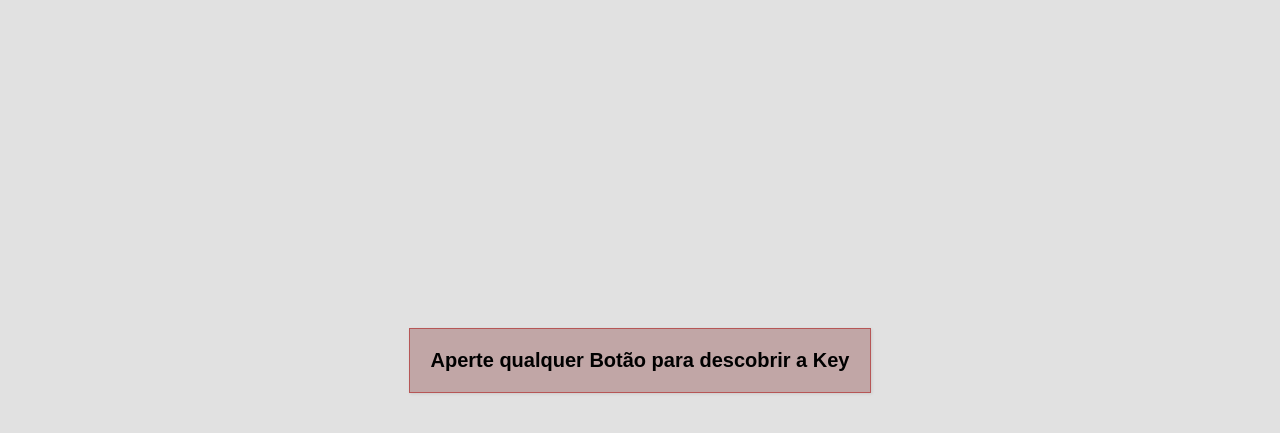
Repository: Williamlmachado/KeyCode
Page: index.html
The author's editor kept a copy of each file at every save. The page is drawn from the files as they stood at one save, then again after the next save.
The browser window is 1280 px wide. The pictures show the whole page.
Some web fonts or font styles are not loaded; a fallback is used.

Above is the page before, as saved 2021-08-21 13:59:45.

### index.html
<!DOCTYPE html>
<html lang="en">
  <head>
    <meta charset="UTF-8" />
    <meta name="viewport" content="width=device-width, initial-scale=1.0" />
    <link rel="stylesheet" href="style.css" />
    <title>Event KeyCodes</title>
  </head>
  <body>
    <div id="insert">
      <div class="key">
        Aperte qualquer Botão para descobrir a Key
      </div>
    </div>
    <script src="script.js"></script>
  </body>
</html>

### style.css
@import url('https://fonts.googleapis.com/css?family=Muli&display=swap');

* {
  box-sizing: border-box;
}

body {
  background-color: #e1e1e1;
  font-family: 'Muli', sans-serif;
  display: flex;
  align-items: center;
  justify-content: center;
  text-align: center;
  height: 100vh;
  overflow: hidden;
  margin: 0;
}

.key {
  border: 1px solid rgba(177, 49, 49, 0.678);
  background-color: rgba(121, 35, 35, 0.315);
  box-shadow: 1px 1px 3px rgba(0, 0, 0, 0.1);
  display: inline-flex;
  align-items: center;
  font-size: 20px;
  font-weight: bold;
  padding: 20px;
  flex-direction: column;
  margin: 10px;
  min-width: 150px;
  position: relative;
}

.key small {
  position: absolute;
  top: -24px;
  left: 0;
  text-align: center;
  width: 100%;
  color: #555;
  font-size: 14px;
}

@media(max-width:768px){
 .key{
   margin: 10px 0px;
  }
}

### script.js
const insert = document.getElementById('insert')

window.addEventListener('keydown', (event) => {
  insert.innerHTML = `
  <div class="key">
  ${event.key === ' ' ? 'Space' : event.key}
  <small>event.key</small>
</div>
<div class="key">
  ${event.code}
  <small>event.code</small>
</div>
  `
})

After the next save:
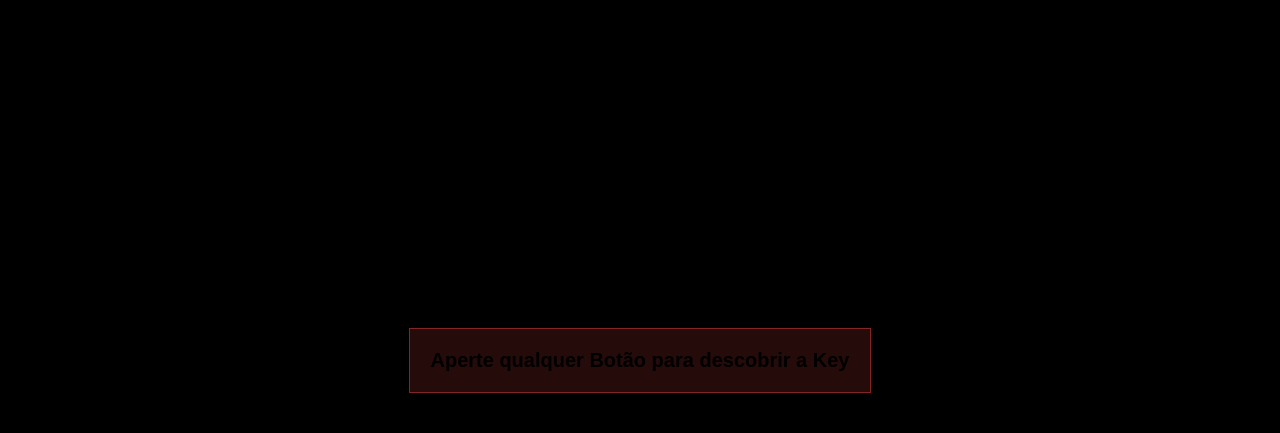
Saved 17 s later.
--- a/style.css
+++ b/style.css
@@ -5,7 +5,7 @@
 }
 
 body {
-  background-color: #e1e1e1;
+  background-color: #000000;
   font-family: 'Muli', sans-serif;
   display: flex;
   align-items: center;
